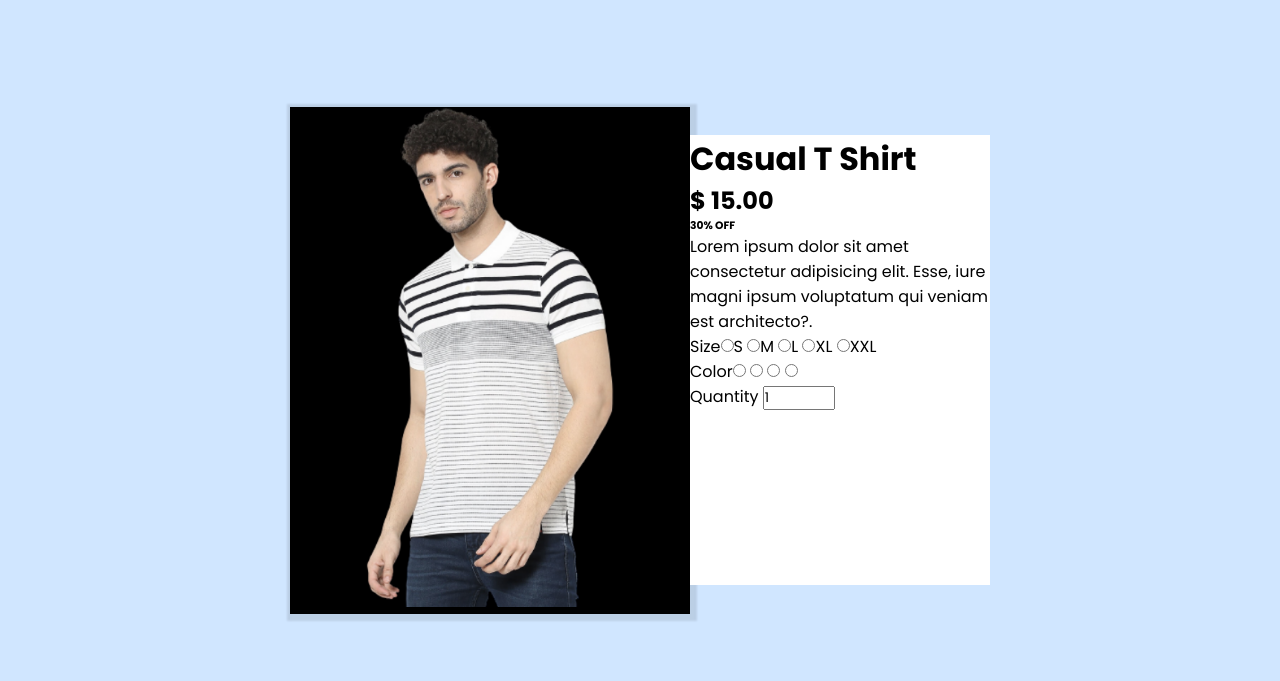
Repository: Ankitkr2021/Product-Page
Page: index.html
An editor plug-in stored every save of this project. The page is shown before and after the next save, followed by the edit.
The browser window is 1280 px wide. The pictures show the whole page.

Above is the page before, as saved 2025-10-24 10:49:08.

### index.html
<!DOCTYPE html>
<html lang="en">
<head>
    <meta charset="UTF-8">
    <meta name="viewport" content="width=device-width, initial-scale=1.0">
    <title>Product Page Design</title>
    <link rel="stylesheet" href="./style.css">
</head>
<body>
    <div class="main">
    <div class="left">
    <div class="image1"><img src="./images/image1.png" alt=""></div>
    <div class="image2"></div>
    <div class="image3"></div>
    </div>
    <div class="right">
        <h1>Casual T Shirt</h1>
        <h2>$ 15.00</h2>
        <h6>30% OFF</h6>
        <p>Lorem ipsum dolor sit amet consectetur adipisicing elit. Esse, iure magni ipsum voluptatum qui veniam est architecto?.</p>
       <label>Size<input type="radio" name="size" value="s">S</label>
        <label><input type="radio" name="size" value="m">M</label>
        <label><input type="radio" name="size" value="l">L</label>
        <label><input type="radio" name="size" value="xl">XL</label>
        <label><input type="radio" name="size" value="xxl">XXL</label>

        <div class="color">
        <label>Color<input type="radio" name="color" value="red"></label>
        <label><input type="radio" name="color" value="green"></label>
        <label><input type="radio" name="color" value="blue"></label>
        <label><input type="radio" name="color" value="pink"></label>
        </div>

        <div class="quantity">
            <label>Quantity</label>
             <input type="number" id="qty" name="qty" min="1" max="10" value="1">
        </div>
    </div>
    </div>
</body>
</html>

### style.css
@import url("https://fonts.googleapis.com/css2?family=Poppins:wght@400;700&display=swap");

*{
    margin: 0;
    padding: 0;
    box-sizing: border-box;
    font-family: "Poppins",sans-serif;
}

.main {
    display: flex;
    align-items: center;
    justify-content: center;
    height: 100vh;
    width: 100%;
    background: rgba(187, 219, 255, 0.692);
}

.left {
    background: #000;
    box-shadow: 2px 2px 2px 5px rgba(0,0,0,0.1);
}

.left img {
    height: 500px;
    width: 400px;
}

.right{
    height: 450px;
    width: 300px;
    background: #fff;
}

After the next save:
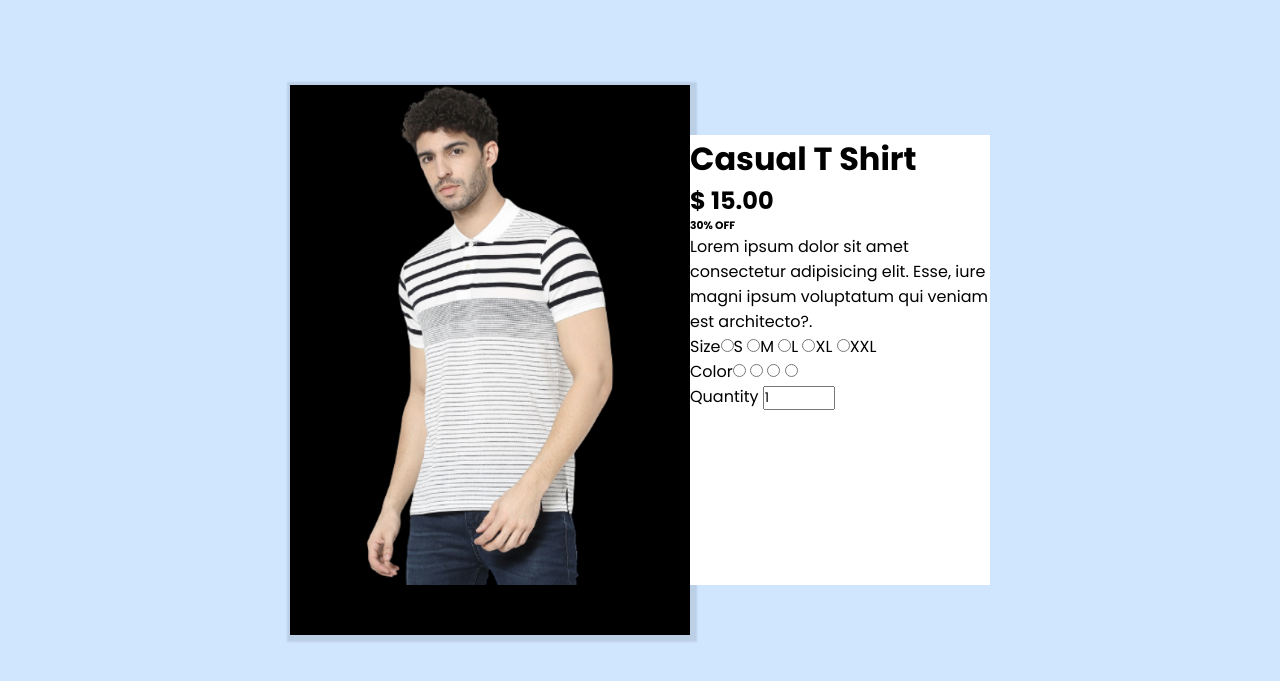
Saved 17 s later.
--- a/style.css
+++ b/style.css
@@ -17,6 +17,7 @@
 }
 
 .left {
+    height: 550px;
     background: #000;
     box-shadow: 2px 2px 2px 5px rgba(0,0,0,0.1);
 }
